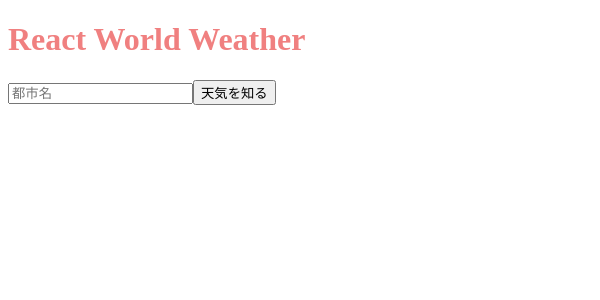
Repository: Junichi-Machii/react-tyepscript-app-weather-001
Page: /
These files come from the project's save history. The page is drawn as it stood at one moment and after a run of saves; the edit follows.
The browser window is 600 px wide. The pictures show the whole page.
The project was rebuilt for these pictures with package versions that can differ from the ones it lists, and the page was loaded fresh each time.

Above is the page before, as saved 2023-05-29 12:32:21.

After the next 2 saves:
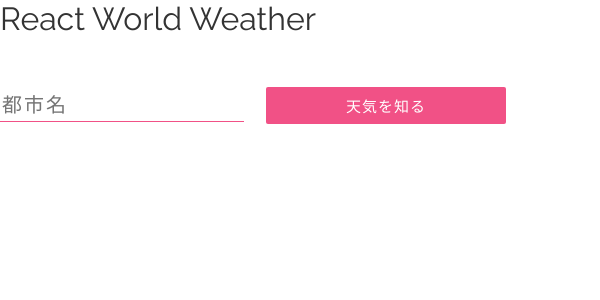
The 2 saves are shown as one change because they came seconds apart.
The last was saved 4 h 10 min later.
--- a/src/App.css
+++ b/src/App.css
@@ -1,5 +1,132 @@
-.test {
-  letter-spacing: 1.1;
-  font-weight: 700;
-  color: lightcoral;
+@import url('https://fonts.googleapis.com/css2?family=Noto+Sans+JP&display=swap');
+@import url('https://fonts.googleapis.com/css2?family=Raleway&display=swap');
+
+html {
+  font-size: 62.5%;
 }
+
+body {
+  font-family: 'Raleway', 'Noto Sans JP', sans-serif;
+  font-weight: 400;
+  font-size: 1.6rem;
+  font-display: swap;
+  color: #333;
+  margin: 0;
+  padding: 0;
+}
+
+/* App.js */
+.wrapper {
+  width: 100vw;
+  height: 100vh;
+  display: flex;
+  justify-content: center;
+  align-items: center;
+  background: url("./background-image.jpg") center center no-repeat;
+  background-size: cover;
+}
+
+.container {
+  width: 50vw;
+  text-align: center;
+  padding: 40px 20px;
+  border-radius: 15px;
+  backdrop-filter: blur(20px);
+  box-shadow: 4px 4px 13px 5px rgba(0, 0, 0, 0.25);
+}
+
+@media only screen and (max-width: 700px) {
+  .container {
+    width: 80vw;
+  }
+}
+
+/* Title.js */
+h1 {
+  font-weight: 400;
+  margin: 0px 0 50px;
+}
+
+/* Form.js */
+input[type="text"] {
+  background-color: transparent;
+  border: 0;
+  border-bottom: solid 1px #f15186;
+  width: 40%;
+  padding-bottom: 4px;
+  color: #fff !important;
+  font-weight: lighter;
+  letter-spacing: 2px;
+  margin-bottom: 30px;
+  margin-right: 20px;
+  font-size: 20px;
+}
+
+button {
+  width: 40%;
+  border: 0;
+  padding: 8px 20px;
+  margin: 0 2px;
+  border-radius: 2px;
+  letter-spacing: 1px;
+  font-size: 1.5rem;
+  cursor: pointer;
+  background-color: #f15186;
+  color: #fff;
+}
+
+button:hover {
+  opacity: 0.9
+}
+
+*:focus {
+  outline: none;
+}
+
+/* Results.js */
+.results-city {
+  font-size: 4rem;
+}
+
+.results-country {
+  font-size: 2rem;
+}
+
+.results-temp {
+  font-size: 6rem;
+  margin: 10px 0;
+  color: #f15186;
+}
+
+.results-temp>span {
+  font-size: 3rem;
+  color: #333;
+}
+
+.results-condition {
+  display: flex;
+  align-items: center;
+  justify-content: center;
+  font-size: 2.5rem;
+}
+
+/* Loading.js */
+.loading {
+  border: 4px solid #f15186;
+  border-top: 4px solid #ffffff;
+  border-radius: 50%;
+  width: 40px;
+  height: 40px;
+  margin: auto;
+  animation: spin 2s linear infinite;
+}
+
+@keyframes spin {
+  0% {
+    transform: rotate(0deg);
+  }
+
+  100% {
+    transform: rotate(360deg);
+  }
+}
